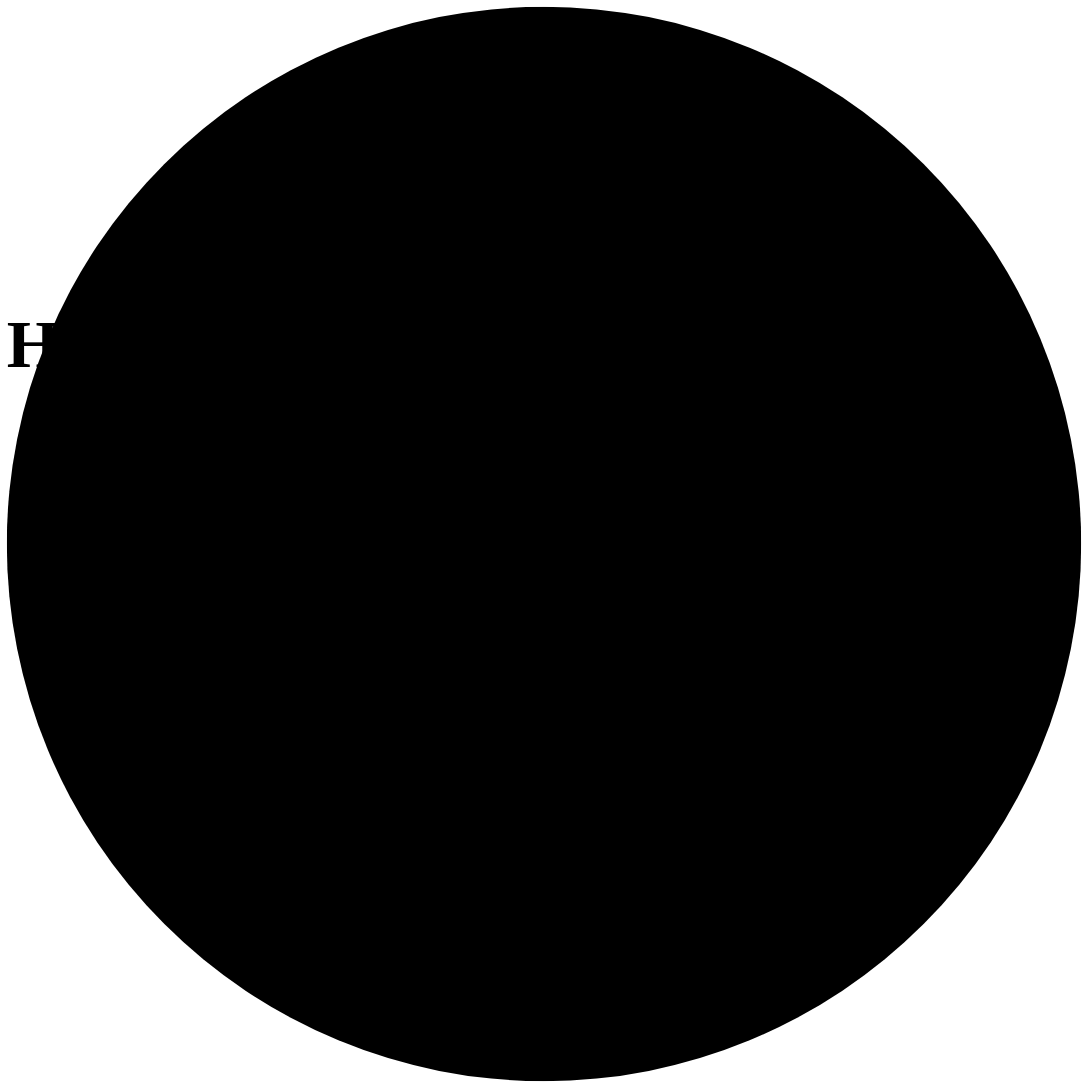
Repository: sarahlochhead/css-demo
Page: index.html
The author's editor kept a copy of each file at every save. The page is drawn from the files as they stood at one save, then again after a run of saves.
The browser window is 1280 px wide. The pictures show the whole page, at 85% of full size.

Above is the page before, as saved 2023-04-28 12:17:47.

After the next 2 saves:
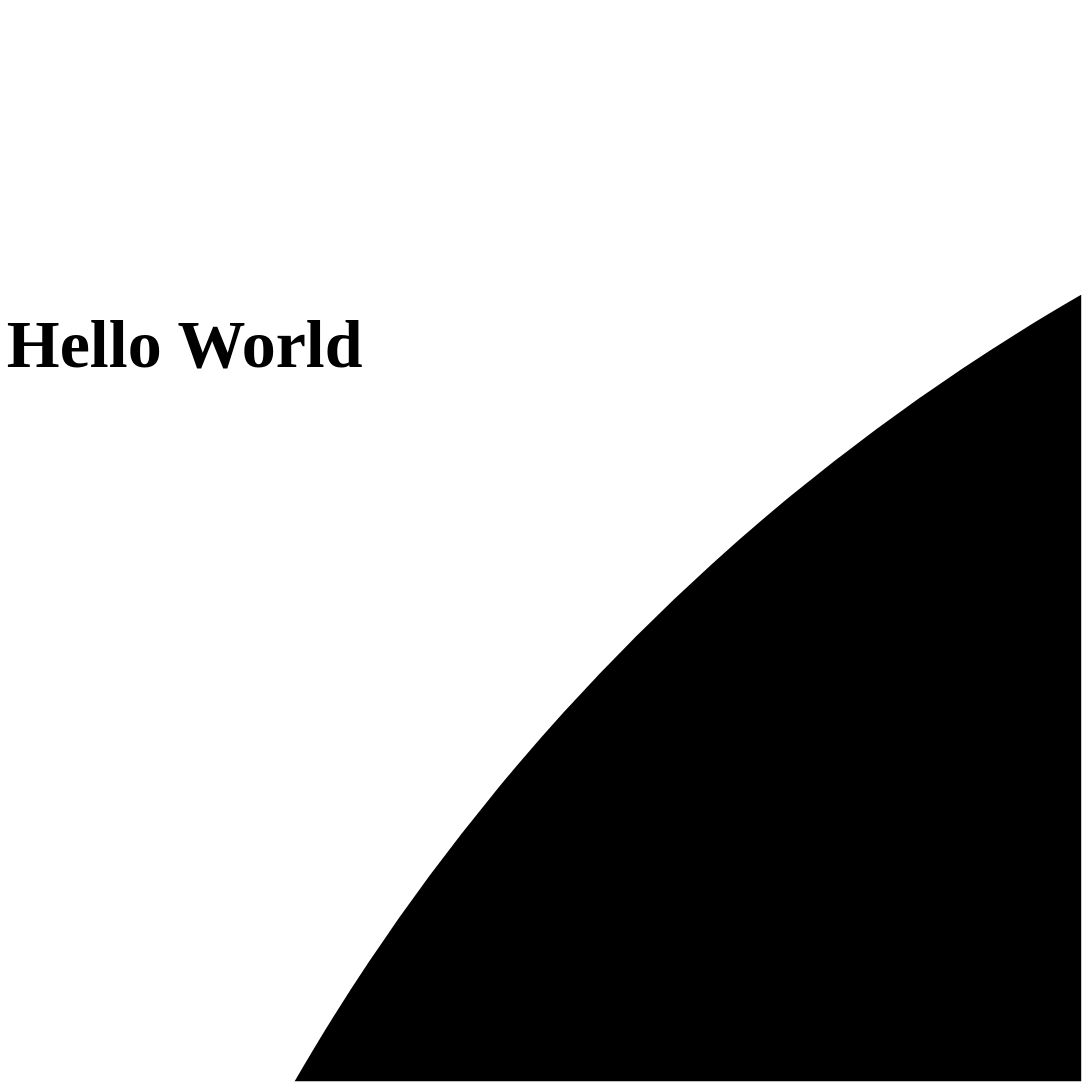
The 2 saves are shown as one change because they came seconds apart.
The last was saved 15 s later.
--- a/index.html
+++ b/index.html
@@ -11,7 +11,7 @@
     <header>
         <h1>Hello World</h1>
     </header>
-    <svg viewBox="0 0 100 100" xmlns="http://www.w3.org/2000/svg">
+    <svg viewBox="0 0 25 25" xmlns="http://www.w3.org/2000/svg">
         <circle cx="50" cy="50" r="50" />
     </svg>
 
